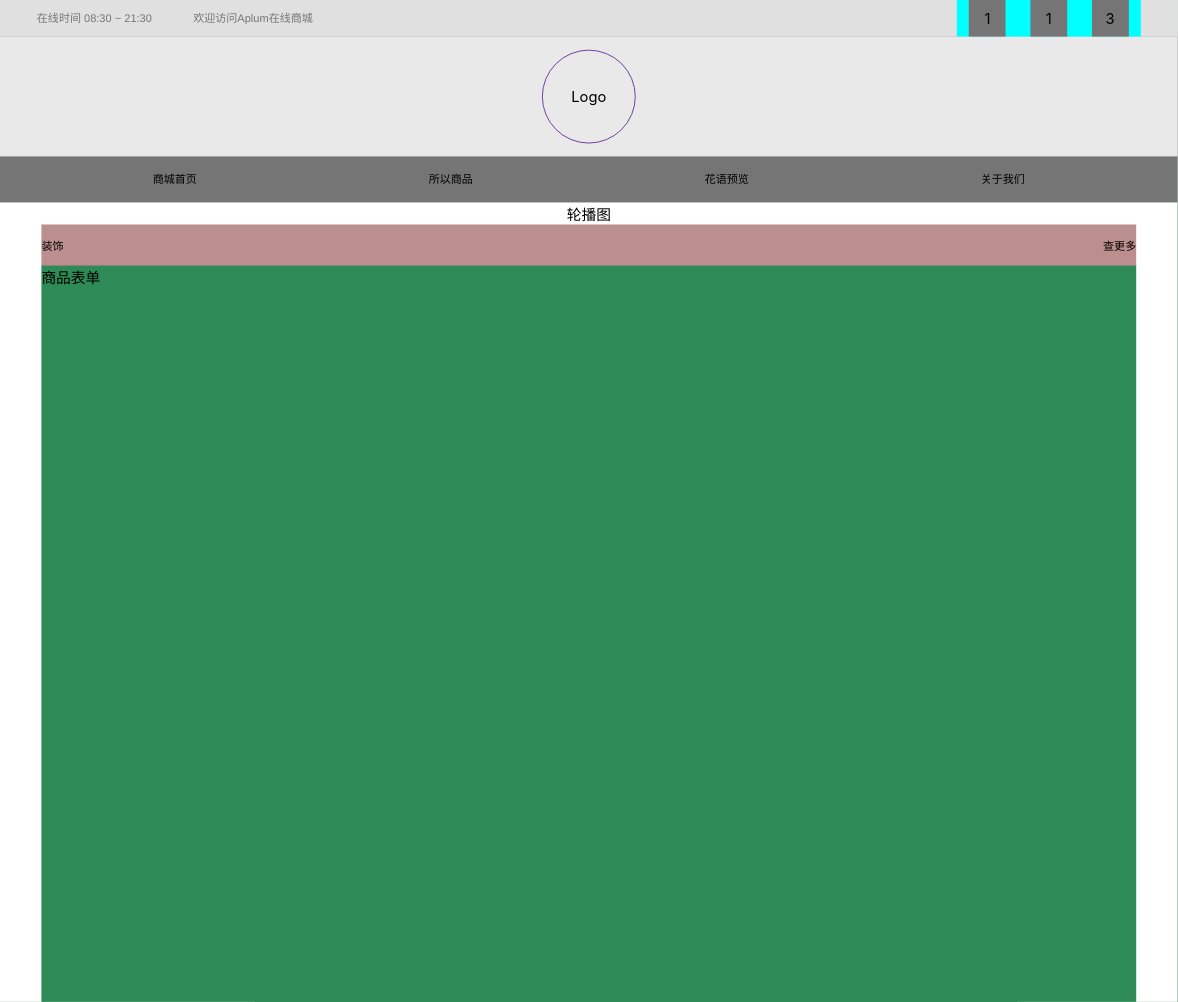
Repository: Alicehhhmm/aplum
Page: /
An editor plug-in stored every save of this project. The page is shown before and after the next save, followed by the edit.
The browser window is 1280 px wide. The pictures show the whole page, at 92% of full size.
The project was rebuilt for these pictures with package versions that can differ from the ones it lists, and the page was loaded fresh each time. Also part of the build but not shown: src/components/footer/index.jsx, src/components/carousel/index.scss, src/App.css.

Above is the page before, as saved 2021-10-11 16:32:37.

### src/index.js
import React from 'react';
import ReactDOM from 'react-dom';
import './index.css';
import App from './App';
import reportWebVitals from './reportWebVitals';

ReactDOM.render(
  <React.StrictMode>
    <App />

  </React.StrictMode>,
  document.getElementById('root')
);


reportWebVitals();

### src/App.js


// import Footer from './views/footer/footer';//尾部
import Footer from './components/footer';
import Body from './components/body';
import Header from './components/header';
import './App.css';

function App() {
  return (
    <div>
      <Header/>
      <Body/>
      {/* <Footer/> */}
    </div>
  );
}

export default App;

### src/components/body/index.jsx
import React,{Component} from "react";
import CarouselComp from "../carousel";
import ProductList from '../productList'
import "./index.scss"

export default class Body extends Component{

  render(){
      return(
        <div className="mun">
          <CarouselComp/>
          <div className="mun_child"></div>
          <ProductList/>
        </div>
      );
  }
}

### src/components/header/index.jsx
import React, { Component } from "react";
import './index.scss'
export default class Header extends Component{
    render(){
        const tag = ['商城首页','所以商品','花语预览','关于我们']
        return(
            <div className="mn" >
                {/* 头部小导航栏 */}
                <view className="minTop">
                    <view className='minTopft'>
                        <view className='time'>在线时间 08:30 ~ 21:30</view>
                        <view className='time'>欢迎访问Aplum在线商城</view>
                    </view>
                    <view className='minToprt'>
                        <view className="icn">1</view>
                        <view className="icn">1</view>
                        <view className="icn">3</view>
                    </view>
                </view>
                {/* 头部大导航栏 */}
                <view className="maxTop">
                    <view className="maxToptp"><span className='logo'>Logo</span></view>
                    <view className="maxTopbt">
                        {tag.map(r=>(
                             <view className="tag">{r}</view>
                        ))}
                    </view>
                </view>
            </div>
        )
    }
}

### src/components/footer/index.scss
*{
    margin: 0;
    padding: 0;
    list-style-type:none;
}
.mu{
    width: auto;
    height: 500px;
    display: flex;
    flex-direction: column;
    justify-content: space-between;
    background-color: sandybrown;
}
.mut{
    width: auto;
    height: 144px;
    line-height: 144px;
    font-size: 32px;
    font-weight: 700;
    color: #ffffff;
    font-family:Helvetica,Arial,sans-serif ;
    display: flex;
    flex-direction: column;
    justify-content: center;
    align-items: center;
    flex-grow: 0;
    background-color: rgb(2, 26, 9);
}
.mub{
    width: auto;
    display: flex;
    flex-direction: column;
    justify-content: center;
    align-items: center;
    flex-grow: 1;
    background-color: skyblue;
}
.mutt{
    width: auto;
    margin: 0 320px;
    display: flex;
    flex-grow: 1;
    background-color: tan;
}
.ttbn{
    width: 222px;
    height: 356px;
    padding: 0 12px;
    display: flex;
    flex-direction: column;
    align-items: center;
    background-color: rgb(2, 26, 9);
}
.p{
    font-size: 16px;
    line-height: 16px;
    color: #ffffff;
    font-family:Helvetica,Arial,sans-serif ;
    margin-bottom: 14px;
}
.li{
    font-size: 12px;
    color: #f9f9f9;
}
.mubb{
    width: auto;
    display: flex;
    flex-direction: row;
    justify-content: space-between;
    flex-grow: 0;
    border-top:1px solid #ffffff;
}
.bbtn{
    width: 492px;
    height: 60px;
    display: flex;
    justify-content: center;
    align-items: center;
    background-color: rgb(2, 26, 9);
}
.copright{
    font-family:  Helvetica,"sans-serif-light",sans-serif;
    font-size: 12px;
    font-weight: 300;
    color: #f9f9f9;
}
.bbtnx{
    width: 492px;
    height: 60px;
    display: flex;
    justify-content: flex-end;
    align-items: center;
    background-color: rgb(2, 26, 9);
}
.icon{
    width: 20px;
    height: 40px;
    padding: 0 5px;
    background-color: #ffffff;
}

### src/components/carousel/index.jsx
import React,{Component} from "react";
// 插件引入
import "react-responsive-carousel/lib/styles/carousel.min.css"; // requires a loader
import { Carousel } from 'react-responsive-carousel';

import "./index.scss"

export default class CarouselComp extends Component{

  render(){
      return(
        // <Carousel showArrows={true} >
        //     <div>
        //         <img src="assets/1.jpeg" />
        //         <p className="legend">Legend 1</p>
        //     </div>
        //     <div>
        //         <img src="assets/2.jpeg" />
        //         <p className="legend">Legend 2</p>
        //     </div>
        //     <div>
        //         <img src="assets/3.jpeg" />
        //         <p className="legend">Legend 3</p>
        //     </div>
        //  </Carousel>

        <div className="">
          <div className="munchild_carousel">轮播图</div>
        </div>
      );
  }
}

### src/components/productList/index.jsx
import React,{Component} from "react";
import TopList from './topList'
import "./index.scss"

export default class ProductList extends Component{

  render(){
      return(
        <div className="">
            <TopList/>
            <div className="munchild_product_list">商品表单</div>
        </div>
      );
  }
}

### src/components/body/index.scss

.mun{
    display: flex;
    flex-direction: column;
    align-items: center;
}

.mun_child{
    display: flex;
    justify-content: center;
    align-items: center;
}

### src/components/header/index.scss
*{
    margin: 0;
    padding: 0;
}


// 主体
.mn{
    background-color: #e0e0e0;
}

// 头部小导航栏
.minTop{
    height: 40px;
    line-height: 40px;
    background-color: #e0e0e0;
    padding: 0 40px;
    display: flex;
    justify-content: space-between;
    .minTopft{
        // background-color: aqua;
        width: 300px;
        display: flex;
        justify-content: space-between;
        .time{
            font-size: 12px;
            color: #757575;
            font-family:Helvetica,微软雅黑,Arial,sans-serif;
        }
    }
    .minToprt{
        background-color: aqua;
        width: 200px;
        display: flex;
        justify-content: space-around;
        .icn{
            width: 40px;
            height: 40px;
            text-align: center;
            background-color: #757575;
        }
    }
}

// 头部大导航栏
.maxTop{
    background-color: #757575;
    display: flex;
    flex-direction:column;
    .maxToptp{
        background-color: #e9e9e9;
        height: 130px;
        display: flex;
        justify-content: center;
        align-items: center;
        .logo{
            width: 100px;
            height: 100px;
            border: 1px solid rebeccapurple;
            border-radius: 50%;
            display: flex;
            justify-content: center;
            align-items: center;
        }
    }
    .maxTopbt{
        height: 50px;
        line-height: 50px;
        padding: 0 40px;
        // background-color: brown;
        display: flex;
        justify-content: space-around;
        align-items: center;
        .tag{
            width: 140px;
            font-size: 12px;
            display: flex;
            justify-content: center;
        }
    }
}

### src/components/productList/topList/index.jsx
import React,{Component} from "react";
import "./index.scss"

export default class TopList extends Component{

    render(){
        return(
            <div className="mod">
                <view className="modft">装饰</view>
                <view className="modrt">查更多</view>
            </div>
        );
    }
  }

### src/components/productList/index.scss



.munchild_product_list{
    background-color: seagreen;
    height: 800px;
}

### src/components/productList/topList/index.scss


.mod{
    background-color: rosybrown;
    width: 1190px;
    height: 44px;
    border-bottom:1px solid #908282;
    display: flex;
    justify-content: space-between;
    align-items: center;
    .modft{
        font-size: 12px;
    }
    .modrt{
        font-size: 12px;
    }
}

Loaded but not shown: public/index.html (common file); src/index.css (common file); src/reportWebVitals.js (common file)

After the next save:
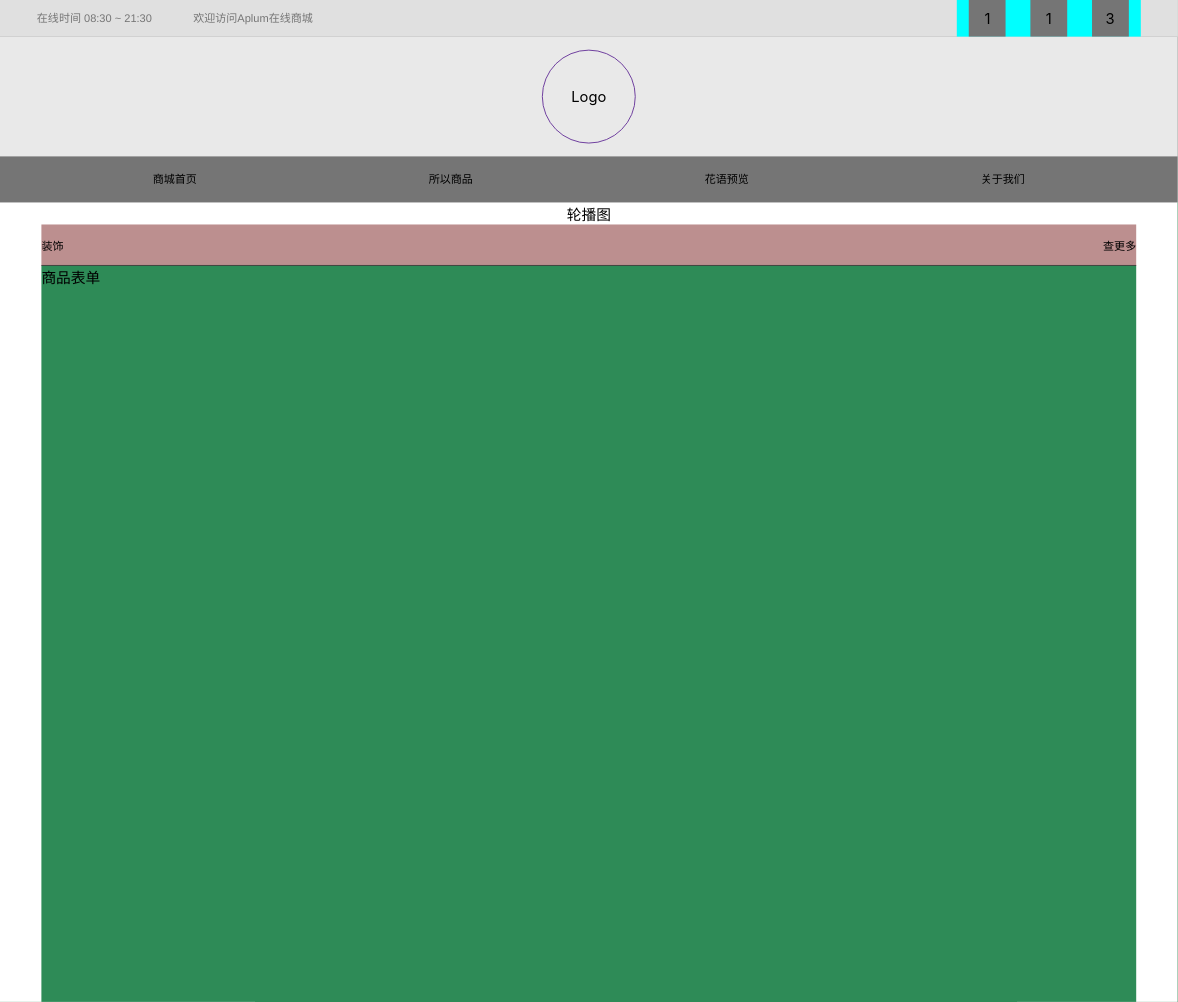
Saved 38 s later.
--- a/src/components/productList/topList/index.scss
+++ b/src/components/productList/topList/index.scss
@@ -4,7 +4,7 @@
     background-color: rosybrown;
     width: 1190px;
     height: 44px;
-    border-bottom:1px solid #908282;
+    border-bottom:1px solid #333;
     display: flex;
     justify-content: space-between;
     align-items: center;
